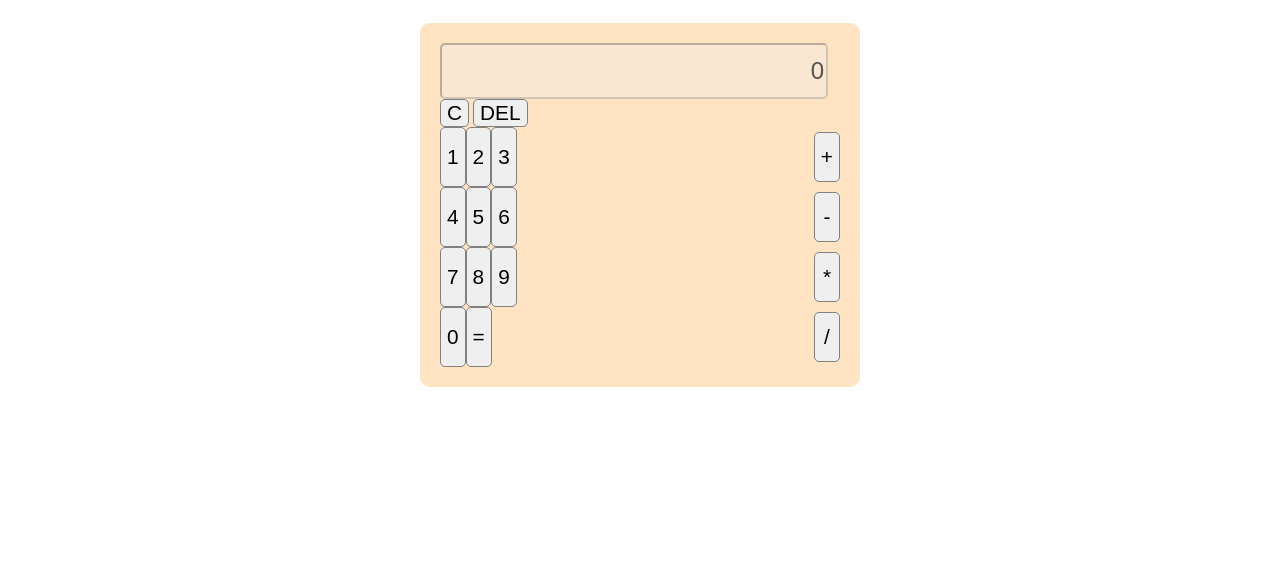
Repository: jaskeat/Calculator
Page: index.html
An editor plug-in stored every save of this project. The page is shown before and after the next save, followed by the edit.
The browser window is 1280 px wide. The pictures show the whole page.

Above is the page before, as saved 2024-09-05 13:17:40.

### index.html
<!DOCTYPE html>
<html lang="en">
	<head>
		<meta charset="UTF-8" />
		<meta name="viewport" content="width=device-width, initial-scale=1.0" />
		<title>Calculator</title>
		<link rel="stylesheet" href="style.css" />
	</head>
	<body>
		<div class="calculator">
			<div class="display">
				<input type="text" class="display-input" value="0" disabled />
			</div>

			<div class="extrabtn">
				<button class="btn" onclick="clearDisplay()">C</button>
				<button class="btn" onclick="deleteLast()">DEL</button>
			</div>

			<div class="buttons">
				<div class="operators">
					<button class="btn" onclick="append('+')">+</button>
					<button class="btn" onclick="append('-')">-</button>
					<button class="btn" onclick="append('*')">*</button>
					<button class="btn" onclick="append('/')">/</button>
				</div>

				<div class="numbers">
					<button class="btn" onclick="append('1')">1</button>
					<button class="btn" onclick="append('2')">2</button>
					<button class="btn" onclick="append('3')">3</button>
					<button class="btn" onclick="append('4')">4</button>
					<button class="btn" onclick="append('5')">5</button>
					<button class="btn" onclick="append('6')">6</button>
					<button class="btn" onclick="append('7')">7</button>
					<button class="btn" onclick="append('8')">8</button>
					<button class="btn" onclick="append('9')">9</button>
					<button class="btn" onclick="append('0')">0</button>
					<button class="btn" onclick="calculate()">=</button>
				</div>
			</div>
		</div>
		<script src="script.js"></script>
	</body>
</html>

### style.css
body {
	display: flex;
	justify-content: center;
	align-items: center;
}

.calculator {
	width: 400px;
	max-width: 600px;
	height: auto;
	margin: 15px;
	padding: 20px;
	background-color: bisque;
	border-radius: 10px;
}

button {
	border-radius: 5px;
	border: 1px grey solid;
	font-size: 1.3rem;
}

input {
	width: 380px;
	height: 50px;
	font-size: 1.5rem;
	text-align: right;
	border-radius: 5px;
}

.operators {
	display: flex;
	flex-direction: column;
	width: auto;
}

.operators button {
	width: auto;
	height: 50px;
	margin: 5px 0;
}

.numbers {
	display: flex;
	flex-wrap: wrap;
	height: auto;
	width: 100px;
	font-size: large;
}
.buttons {
	display: flex;
	flex-direction: row-reverse;
	justify-content: space-between;
	font-size: 2rem;
}

Loaded but not shown: script.js (no copy from this time; the picture is the same without it)

After the next save:
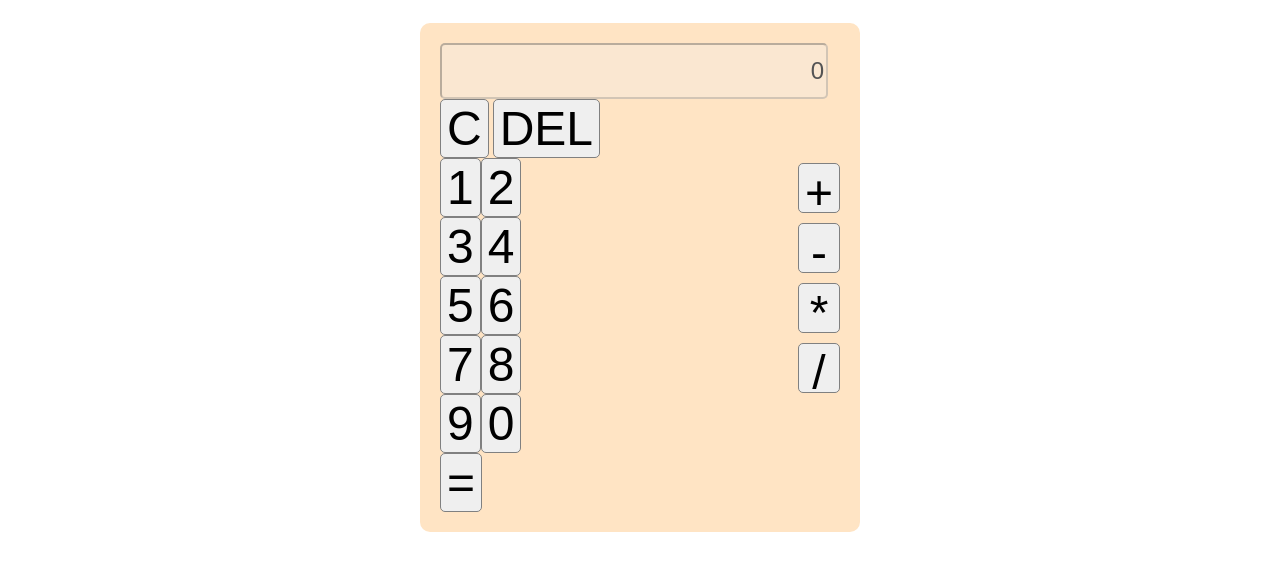
Saved 24 s later.
--- a/style.css
+++ b/style.css
@@ -45,11 +45,15 @@ input {
 	flex-wrap: wrap;
 	height: auto;
 	width: 100px;
-	font-size: large;
 }
+
 .buttons {
 	display: flex;
 	flex-direction: row-reverse;
 	justify-content: space-between;
 	font-size: 2rem;
 }
+
+.btn {
+	font-size: 3rem;
+}
